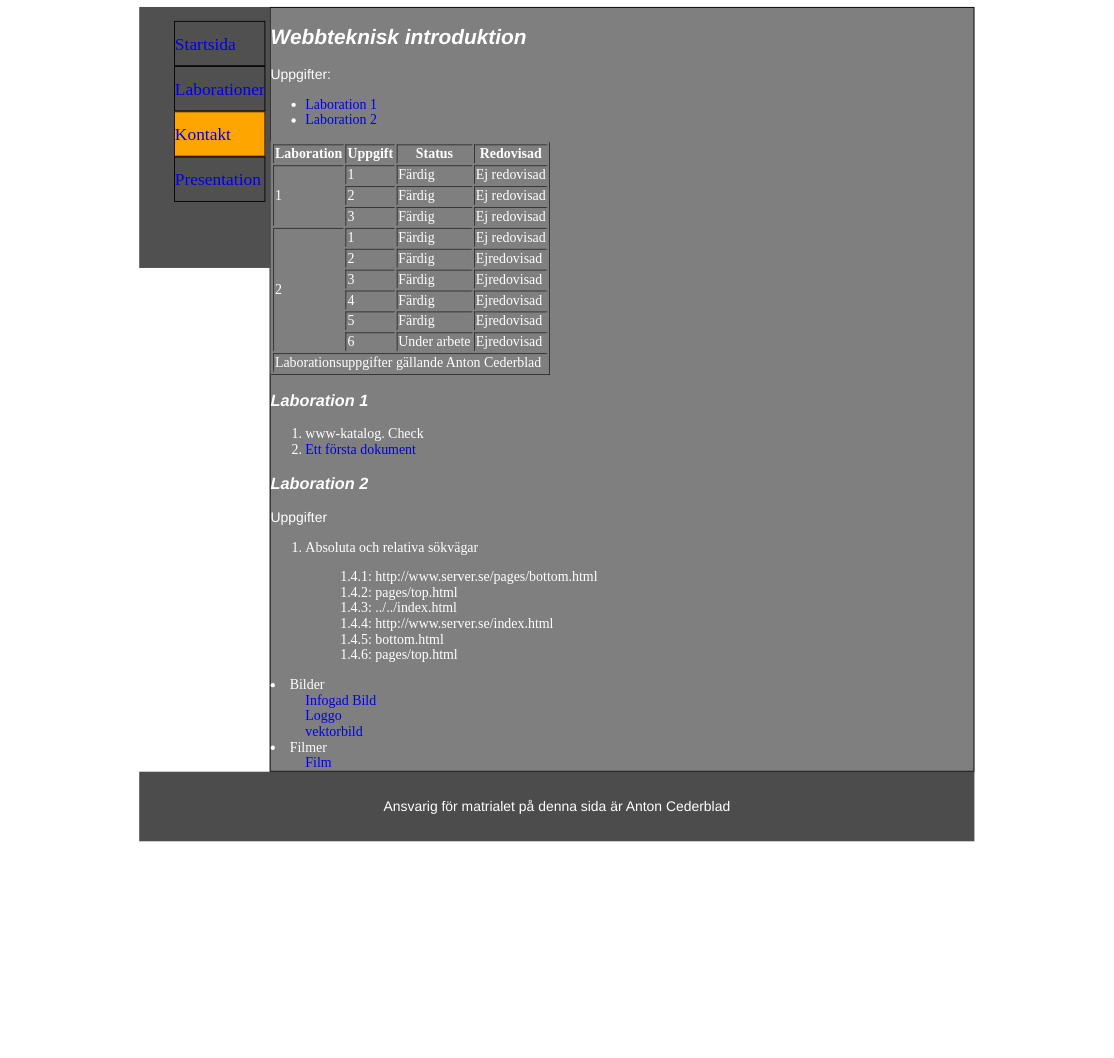
Repository: ac222jv/1IK415-Laborationer
Page: Pages/Laborationer.html
The author's editor kept a record of every edit. The page is drawn from the files as they stood at one moment, then again after the next edit.
The browser window is 1280 px wide. The pictures show the whole page, at 87% of full size.

Above is the page before.

After the next edit:
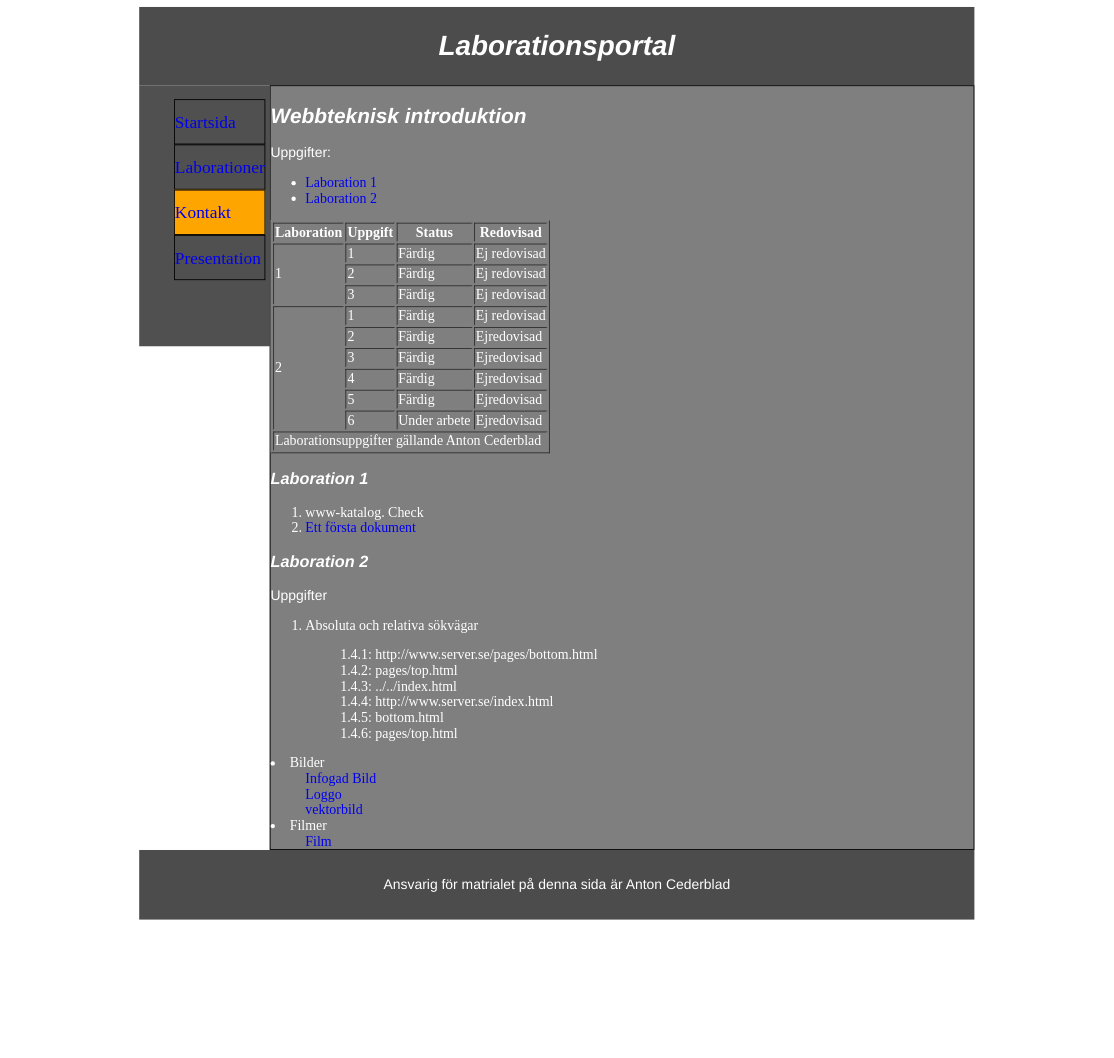
The edit:
--- a/Pages/Laborationer.html
+++ b/Pages/Laborationer.html
@@ -8,6 +8,9 @@
 
         <body>
            <div id="container">
+           <div id="headpress">
+                <h1>Laborationsportal</h1>
+            </div>
             <div id="navipress">
                 <ul class="sidemenu">
                     <li>
